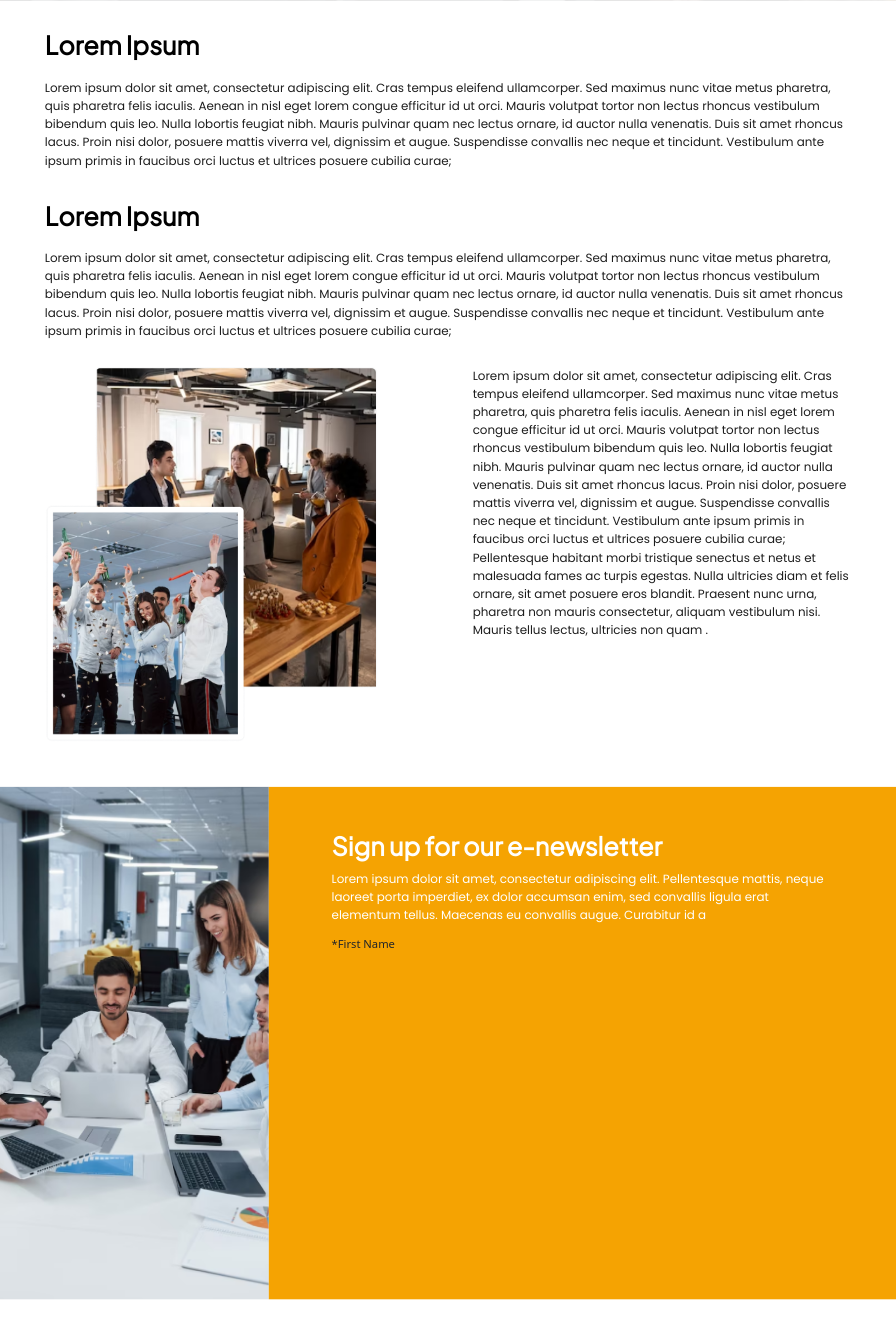
Repository: Akash8377/Hospitality-website
Page: /about-us
These files come from the project's save history. The page is drawn as it stood at one moment and after a run of saves; the edit follows.
The browser window is 1280 px wide. The pictures show the part of the page from y = 683 to 2603 px (the page is 2603 px tall), at 70% of full size.
Some web libraries are served in a nearby version. The project was rebuilt for these pictures with package versions that can differ from the ones it lists, and the page was loaded fresh each time. Also part of the build but not shown: src/Component/Partial/heading-cont.js, src/Component/Shared/about-us.js, src/Component/Shared/Banner.js, src/Component/Shared/popular-jobs.js, src/Component/Sliders/ServiceSlider.js, src/Component/Sliders/ReviewSlider.js, src/Component/Partial/index-banner.js, src/Component/Partial/index-buisness-banner.js and 2 more.

Above is the page before, as saved 2023-07-07 12:07:17.

### public/index.html
<!-- @format -->

<!DOCTYPE html>
<html lang="en">
  <head>
    <meta charset="utf-8" />
    <link rel="icon" href="%PUBLIC_URL%/favicon.ico" />
    <meta name="viewport" content="width=device-width, initial-scale=1" />
    <meta name="theme-color" content="#000000" />
    <meta
      name="description"
      content="Web site created using create-react-app"
    />
    <link rel="apple-touch-icon" href="%PUBLIC_URL%/logo192.png" />
    <link rel="manifest" href="%PUBLIC_URL%/manifest.json" />

    <link rel="preconnect" href="https://fonts.googleapis.com" />
    <link rel="preconnect" href="https://fonts.gstatic.com" crossorigin />
    <link href="https://fonts.googleapis.com/css2?family=Plus+Jakarta+Sans&family=Poppins&display=swap" rel="stylesheet">
    <title>React App</title>
  </head>
  <body>
    <noscript>You need to enable JavaScript to run this app.</noscript>
    <div id="root"></div>
  </body>
  <script src="https://kit.fontawesome.com/b533b351e4.js" crossorigin="anonymous"></script>
</html>

### src/index.css
/** @format */

body {
  margin: 0;
  padding: 0;
  font-family: -apple-system, BlinkMacSystemFont, "Segoe UI", "Roboto", "Oxygen",
    "Ubuntu", "Cantarell", "Fira Sans", "Droid Sans", "Helvetica Neue",
    sans-serif;
  -webkit-font-smoothing: antialiased;
  -moz-osx-font-smoothing: grayscale;
}

code {
  font-family: source-code-pro, Menlo, Monaco, Consolas, "Courier New",
    monospace;
}

### src/App.js
import React from 'react'
import {  BrowserRouter  , Route , Routes } from 'react-router-dom'
import HomePage from './Pages/HomePage'



// Css
import './Css/Navbar.css'
import './Css/Lap.css'
import AboutUs from './Pages/AboutUs'
const App = () => {
  return (
    <>
      <BrowserRouter>
        <Routes>
            <Route path='/' element={<HomePage />} />
            <Route path='/about-us' element={<AboutUs />} />
        </Routes>
      </BrowserRouter>
    </>
  )
}

export default App

### src/Css/Navbar.css
/** @format */

.Navbar {
  display: flex;
  justify-content: space-evenly;
  box-shadow: 0px 10px 30px 0px rgba(0, 0, 0, 0.25);
  background-color: #033c59;
  padding: 20px;
  align-items: center;
}
.Navbar .main {
  width: 15%;
  text-align: center;
}
.Navbar .main a {
  text-decoration: none;
  color: #fff;
  font-size: 20px;
  font-family: Plus Jakarta Sans;
  font-style: normal;
  font-weight: 400;
  line-height: 24px;
  letter-spacing: 1px;
  margin: 0;
}

.Navbar .main img {
  display: block;
  margin: auto;
  max-width: 100%;
}
.Navbar .main div {
  border-radius: 24px;
  border: 1px solid #f3f4f6;
  background: #eee;
  padding: 8px;
  display: flex;
  justify-content: space-between;
  padding-left: 10px;
  padding-right: 10px;
}
.Navbar .main div input {
  border: none;
  background-color: transparent;
  outline: none;
  color: #6b7280;
  font-size: 14px;
  font-family: Plus Jakarta Sans;
  font-style: normal;
  font-weight: 400;
  line-height: normal;
  width: 80%;
}
.Navbar .main button {
  border-radius: 8px;
  background: #f5a302;
  width: 120px;
  padding: 10px;
  color: #fff;
  text-align: center;
  font-size: 16px;
  font-family: Plus Jakarta Sans;
  font-style: normal;
  font-weight: 800;
  line-height: normal;
  outline: none;
  border: 1px solid #f5a302;
}

.Navbar .main a:focus{
    font-weight: 700;
}

### src/Css/Lap.css
/** @format */

/* Home Page Banner */
.Banner {
  min-height: 600px;
  max-height: 800px;
  width: 100%;
  background-image: url("../../public/Image/1.png");
  background-size: cover;
  background-repeat: no-repeat;
  position: relative;
}
.Banner h2 {
  color: #fff;
  text-align: center;
  font-size: 60px;
  font-family: Plus Jakarta Sans;
  font-style: normal;
  font-weight: 700;
  line-height: 90px;
}
.Banner p {
  color: rgba(255, 255, 255, 0.7);
  text-align: center;
  font-size: 17px;
  font-family: Plus Jakarta Sans;
  font-style: normal;
  font-weight: 400;
  line-height: 28px;
}

.Banner .two_button {
  display: flex;
  justify-content: center;
  gap: 20px;
}
.Banner .two_button button {
  border-radius: 10px;
  background: #033c59;
  border: 1px solid #033c59;
  box-shadow: 0px 0px 3px 0px rgba(60, 72, 88, 0.15);
  width: 457px;
  color: #fff;
  height: 92px;
  color: #fff;
  font-size: 28px;
  font-family: Plus Jakarta Sans;
  font-style: normal;
  font-weight: 700;
  line-height: normal;
  display: flex;
  justify-content: center;
  align-items: center;
  gap: 20px;
}

.Banner .Bottom_Button {
  border-radius: 10px;
  background: #f5a302;
  box-shadow: 0px 0px 3px 0px rgba(60, 72, 88, 0.15);
  color: #fff;
  text-align: center;
  font-size: 28px;
  font-family: Plus Jakarta Sans;
  font-style: normal;
  font-weight: 700;
  border: 1px solid #f5a302;
  height: 92px;
  width: 666px;
  display: flex;
  justify-content: center;
  align-items: center;
  gap: 20px;
  margin: auto;
  margin-top: 20px;
}

.Banner .content {
  position: absolute;
  top: 50%;
  left: 50%;
  transform: translate(-50%, -50%);
}

/* -------------------------- */

/* Home Page About us Section */
.Three_Div {
  display: flex;
  justify-content: space-evenly;
  gap: 20px;
  flex-wrap: wrap;
  margin-top: 2%;
  padding: 20px;
}
.Three_Div .Item {
  width: 357.126px;
}
.Three_Div .Item .upper {
  width: 100%;
  height: 381.393px;
  position: relative;
  background-image: url("../../public/Image/2.png");
}
.Three_Div .Item .upper .head {
  color: #fff;
  text-align: center;
  font-size: 36px;
  font-family: Plus Jakarta Sans;
  font-style: normal;
  font-weight: 600;
  max-width: 100%;
  width: 100%;
  margin: auto;
  position: absolute;
  bottom: 30px;
  left: 50%;
  transform: translate(-50%);
}
.Three_Div .Item .desc {
  color: #1d1d1d;
  text-align: center;
  font-size: 14px;
  font-family: Poppins;
  font-style: normal;
  font-weight: 400;
  line-height: normal;
  margin-top: 20px;
}
.Three_Div .Item button {
  border-radius: 6px;
  border: 1px solid #f5a302;
  background: #fef6e6;
  padding: 5px 21.02px 5px 21px;
  display: block;
  margin: auto;
  color: #f5a302;
  text-align: center;
  font-size: 15px;
  font-family: Plus Jakarta Sans;
  font-style: normal;
  font-weight: 600;
  line-height: 28px;
  letter-spacing: 0.375px;
}

/* Home Page Heading Container*/
.Center_Heading {
  margin-top: 5%;
}
.Center_Heading h5 {
  color: #161c2d;
  text-align: center;
  font-size: 36px;
  font-family: Plus Jakarta Sans;
  font-style: normal;
  font-weight: 600;
  line-height: 39px;
}
.Center_Heading .desc {
  color: #1d1d1d;
  text-align: center;
  font-size: 14px;
  font-family: Poppins;
  font-style: normal;
  font-weight: 400;
  line-height: normal;
  max-width: 600px;
  margin: auto;
}

/* Home Page Popular Jobs */
.Popular_Jobs {
  padding: 20px;
}
.Popular_Jobs table {
  table-layout: fixed;
  width: 90%;
  margin: auto;
  text-align: center;
}
.Popular_Jobs table tbody td .flex-cont {
  display: flex;
  gap: 5px;
  justify-content: center;
  align-items: center;
}

.Popular_Jobs table tbody tr {
  margin-top: 30px 0 !important;
  border-radius: 4px;
  background: rgba(255, 255, 255, 0);
  box-shadow: 0px 0px 3px 0px rgba(60, 72, 88, 0.15);
  border: 1px solid rgba(255, 255, 255, 0);
}
.Popular_Jobs table tbody tr td {
  padding: 10px;
}
.Popular_Jobs table tbody td .flex-cont p {
  color: #161c2d;
  font-size: 17px;
  font-family: Plus Jakarta Sans;
  font-style: normal;
  font-weight: 600;
  line-height: 28px;
  margin: 0;
}
.Popular_Jobs table tbody td .flex-cont button {
  border-radius: 6px;
  border: 1px solid #005479;
  background: #005479;
  color: #fff;
  text-align: center;
  font-size: 15px;
  font-family: Plus Jakarta Sans;
  font-style: normal;
  font-weight: 600;
  line-height: 28px;
  letter-spacing: 0.375px;
}
.Popular_Jobs table tbody td .flex-cont i {
  color: #005479;
  width: 40px;
  height: 40px;
  border: 1px solid #005479;
  text-align: center;
  border-radius: 100%;
  background-color: rgba(3, 0, 129, 0.05);
  padding: 10px;
}
.Popular_Jobs table tbody td .flex-vertical-cont {
  display: flex;
  flex-direction: column;
}
.Popular_Jobs table tbody td .flex-vertical-cont p {
  margin: 0;
  color: #161c2d;
  font-size: 15px;
  font-family: Plus Jakarta Sans;
  font-style: normal;
  font-weight: 700;
  line-height: 28px;
}
.Popular_Jobs table tbody td .flex-vertical-cont select {
  border-radius: 6px;
  border: 1px solid #777;
  background: #eee;
  width: 164px;
  margin: auto;
  outline: none;
  color: #777;
  font-size: 14px;
  font-family: Plus Jakarta Sans;
  font-style: normal;
  font-weight: 400;
  line-height: 20px;
}
.Popular_Jobs table tbody td .flex-vertical-cont div {
  display: flex;
  gap: 5px;
  align-items: center;
  justify-content: center;
}
.Popular_Jobs table tbody td .flex-vertical-cont div p {
  color: #94a3b8;
  font-size: 15px;
  font-family: Plus Jakarta Sans;
  font-style: normal;
  font-weight: 400;
  line-height: 28px;
}
.Popular_Jobs table tbody td .flex-vertical-cont div i {
  color: #94a3b8;
}

/* Home Page Service Slider */
.Service_Slider_Container {
  position: relative;
  margin-top: 20px;
}
.Service_Slider_Container .Service_Slider .Main {
  width: 421px !important;
  height: 506px !important;
  position: relative;
  display: block !important;
  margin: auto;
}
.Service_Slider_Container .Service_Slider .Main img {
  position: absolute;
  top: 0;
  bottom: 0;
  left: 0;
  right: 0;
  z-index: -1;
}
.Service_Slider_Container .slick-arrow {
  display: none !important;
}

.Service_Slider_Container .Service_Slider .Main .head {
  color: #fff;
  text-align: center;
  font-size: 36px;
  font-family: Plus Jakarta Sans;
  font-style: normal;
  font-weight: 600;
  line-height: 28px;
  position: absolute;
  top: 50%;
  left: 50%;
  transform: translate(-50%, -50%);
  width: 100%;
}
.Service_Slider_Container .Service_Slider .Main button {
  display: flex;
  gap: 10px;
  align-items: center;
  border-radius: 6px;
  border: 1px solid #fff;
  background: #fff;
  width: 148.49px;
  height: 37.865px;
  color: #000;
  text-align: center;
  font-size: 15px;
  font-family: Plus Jakarta Sans;
  font-style: normal;
  font-weight: 600;
  line-height: 28px;
  letter-spacing: 0.375px;
  position: absolute;
  top: 70%;
  left: 50%;
  transform: translate(-50%, -50%);
  text-align: center;
  justify-content: center;
}

/* Home Page Review Slider */
.Review_Slider_Container {
  position: relative;
  margin-top: 30px;
  margin-bottom: 20px;
}
.Review_Slider_Container .Review_Slider .Main {
  width: 357px !important;
  height: 466px !important;
  position: relative;
  display: block !important;
  margin: auto;
  background: #fff;
  box-shadow: 0px 20px 40px 10px rgba(159, 159, 159, 0.15),
    0px -10px 50px 0px rgba(0, 0, 0, 0.1);
  padding: 20px;
}

.Review_Slider_Container .slick-arrow {
  display: none !important;
}
.Review_Slider_Container .Review_Slider .Main .User_Profile {
  display: flex;
  justify-content: space-between;
  max-width: 90%;
  gap: 10px;
  align-items: center;
}

.Review_Slider_Container .Review_Slider .Main .User_Profile img {
  width: 73px;
  height: 73px;
  border-radius: 100%;
}
.Review_Slider_Container .Review_Slider .Main .User_Profile p {
  margin: 0;
}

.Review_Slider_Container .Review_Slider .Main .User_Profile div .head {
  color: #000;
  font-size: 22px;
  font-family: Plus Jakarta Sans;
  font-style: normal;
  font-weight: 700;
  line-height: 39px;
}
.Review_Slider_Container .Review_Slider .Main .User_Profile div .desc {
  color: #9c9c9c;
  font-size: 15px;
  font-family: Plus Jakarta Sans;
  font-style: normal;
  font-weight: 700;
  line-height: 39px;
}

.Review_Slider_Container .Review_Slider .Main .Reviews {
  display: flex;
  align-items: center;
  justify-content: space-between;
  margin-top: 10px;
}
.Review_Slider_Container .Review_Slider .Main .Reviews div {
  display: flex;
  gap: 5px;
}
.Review_Slider_Container .Review_Slider .Main .Reviews div i {
  color: #ffc107;
  font-size: 23px;
}

.Review_Slider_Container .Review_Slider .Main .Reviews p {
  margin: 0;
  color: #9c9c9c;
  font-size: 15px;
  font-family: Plus Jakarta Sans;
  font-style: normal;
  font-weight: 700;
  line-height: 39px;
}
.Review_Slider_Container .Review_Slider .Main .content {
  text-align: left;
  margin-top: 10px;
}
.Review_Slider_Container .Review_Slider .Main .content p {
  color: #000;
  font-size: 17px;
  font-family: Plus Jakarta Sans;
  font-style: normal;
  font-weight: 400;
  line-height: 28px;
}

/* Index Two Sec Banner */
.Index_Banner_Two_Sec {
  display: flex;
  width: 90%;
  margin: auto;
  align-items: stretch;
  margin-top: 2%;
  justify-content: center;
  height: 550px;
  max-width: 1200px;
  margin-bottom: 20px;
}
.Index_Banner_Two_Sec .left {
  width: 30%;
  display: flex;
  justify-content: flex-end;
}
.Index_Banner_Two_Sec .left img {
  width: auto;
  max-height: 100%;
}

.Index_Banner_Two_Sec .right {
  width: 70%;
  background-color: #f5a302;
  position: relative;
}
.Index_Banner_Two_Sec .right .content {
  position: absolute;
  top: 50%;
  left: 50%;
  transform: translate(-50%, -50%);
  width: 90%;
  margin: auto;
}
.Index_Banner_Two_Sec .right .content h5 {
  color: #fff;
  font-family: Plus Jakarta Sans;
  font-size: 36px;
  font-style: normal;
  font-weight: 600;
  line-height: 54px;
}
.Index_Banner_Two_Sec .right .content p {
  color: #fff;
  font-family: Plus Jakarta Sans;
  font-size: 17px;
  font-style: normal;
  line-height: 28px;
}
.Index_Banner_Two_Sec .right .content ul {
  list-style: none;
  padding-left: 0;
}
.Index_Banner_Two_Sec .right .content ul li {
  display: flex;
  gap: 10px;
  align-items: center;
}
.Index_Banner_Two_Sec .right .content ul li span {
  color: #fff;
  font-family: Plus Jakarta Sans;
  font-size: 15px;
  font-style: normal;
  font-weight: 400;
  line-height: 28px;
}

/* Index Buisness Banner */
.Index_Buisness_Banner {
  display: flex;
  justify-content: space-evenly;
  width: 90%;
  margin: auto;
  margin-top: 5%;
}
.Index_Buisness_Banner .left {
  width: 50%;
  padding: 20px;
}
.Index_Buisness_Banner .left h5 {
  color: #161c2d;
  font-family: Plus Jakarta Sans;
  font-size: 36px;
  font-style: normal;
  font-weight: 600;
  line-height: 39px;
}
.Index_Buisness_Banner .left p {
  color: #1d1d1d;
  font-family: Poppins;
  font-size: 14px;
  font-style: normal;
  font-weight: 400;
  line-height: normal;
  max-width: 60%;
}
.Index_Buisness_Banner .left .Two_Sec {
  display: flex;
  justify-content: space-between;
  flex-wrap: wrap;
}

.Index_Buisness_Banner .left .Two_Sec .Main {
  width: 49%;
  border-radius: 4px;
  background: #f8fafc;
  box-shadow: 0px 0px 3px 0px rgba(60, 72, 88, 0.15);
  padding: 20px;
  display: flex;
  align-items: flex-start;
  gap: 10px;
  margin-top: 20px;
}
.Index_Buisness_Banner .left .Two_Sec .Main div {
  display: flex;
  flex-direction: column;
  width: 60%;
}
.Index_Buisness_Banner .left .Two_Sec .Main div h6 {
  color: #161c2d;
  font-family: Plus Jakarta Sans;
  font-size: 16px;
  font-style: normal;
  font-weight: 600;
  line-height: 28px;
}

.Index_Buisness_Banner .left .Two_Sec .Main div p {
  color: #005479;
  font-family: Plus Jakarta Sans;
  font-size: 14px;
  font-style: normal;
  font-weight: 400;
  line-height: 20px;
  width: 100%;
}
.Index_Buisness_Banner .left .Last_Text {
  display: flex;
  gap: 10px;
  color: #94a3b8;
  text-align: center;
  font-family: Plus Jakarta Sans;
  font-size: 15px;
  font-style: normal;
  font-weight: 600;
  line-height: 28px;
  letter-spacing: 0.375px;
  align-items: center;

  margin: 0;
  margin-top: 10px;
}
.Index_Buisness_Banner .right {
  width: 30%;
}
.Index_Buisness_Banner .right img {
  max-width: 100%;
  display: block;
  margin: auto;
}

/* Footer  */
.Footer {
  background: #f5a302;
  margin-top: 5%;
  padding-bottom: 50px;
}
.Footer .Upper_Div {
  display: flex;
  width: 90%;
  margin: auto;
  justify-content: space-between;
  padding-top: 2%;
  align-items: center;
}
.Footer .Upper_Div div {
  width: 15%;
}
.Footer .Upper_Div div p {
  margin: 0;
  color: #fff;
  font-family: Plus Jakarta Sans;
  font-size: 20px;
  font-style: normal;
  font-weight: 800;
  line-height: normal;
}
.Footer .Upper_Div div button {
  color: #fff;
  text-align: center;
  font-family: Plus Jakarta Sans;
  font-size: 16px;
  font-style: normal;
  font-weight: 800;
  border-radius: 8px;
  background: #005479;
  border: 1px solid #005479;
  width: 100%;
  padding: 10px;
  line-height: normal;
}

.Footer .Down_Div {
  display: flex;
  justify-content: space-between;
  width: 90%;
  margin: auto;
  margin-top: 40px;
}

.Footer .Down_Div .left h5 {
  color: #fff;
  font-family: Plus Jakarta Sans;
  font-size: 26px;
  font-style: normal;
  font-weight: 700;
  line-height: 39px;
}
.Footer .Down_Div .left .two_sec {
  display: flex;
  align-items: center;
  gap: 10px;
  margin-top: 30px;
}
.Footer .Down_Div .left .two_sec p {
  margin: 0;
  color: #fff;
  font-family: Plus Jakarta Sans;
  font-size: 17px;
  font-style: normal;
  font-weight: 500;
  line-height: normal;
}
.Footer .Down_Div .left .two_sec i {
  color: #fff;
  font-size: 20px;
}

.Footer .Down_Div .left .copyRight {
  color: #fff;
  font-family: Plus Jakarta Sans;
  font-size: 20px;
  margin-top: 40px;
  font-style: normal;
  font-weight: 500;
  line-height: normal;
}

/* About Us Page */
.AboutUs {
  min-height: 600px;
  max-height: 800px;
  width: 100%;
  background-image: url("../../public/Image/11.png");
  background-size: cover;
  background-repeat: no-repeat;
  position: relative;
}
.AboutUs h2 {
  color: #fff;
  text-align: center;
  font-size: 36px;
  font-family: Plus Jakarta Sans;
  font-style: normal;
  font-weight: 700;
  line-height: 90px;
}
.AboutUs p {
  color: rgba(255, 255, 255, 0.7);
  text-align: center;
  font-size: 14px;
  font-family: Plus Jakarta Sans;
  font-style: normal;
  font-weight: 400;
  line-height: 28px;
}

.AboutUs .content {
  position: absolute;
  top: 60%;
  left: 50%;
  transform: translate(-50%, -50%);
}

.About_Us-Content {
  width: 90%;
  margin: auto;
  margin-top: 3%;
}
.About_Us-Content h5 {
  color: #000;
  font-family: Plus Jakarta Sans;
  font-size: 36px;
  font-style: normal;
  font-weight: 600;
  line-height: 54px;
}
.About_Us-Content p {
  color: #1d1d1d;
  font-family: Poppins;
  font-size: 17px;
  font-style: normal;
  font-weight: 400;
  line-height: normal;
  margin-top: 20px;
}

.About_Us-two_Sec {
  display: flex;
  width: 90%;
  margin: auto;
  justify-content: space-between;
  margin-top: 3%;
}
.About_Us-two_Sec .right {
  width: 70%;
  text-align: left;
  display: flex;
  justify-content: flex-end;
}
.About_Us-two_Sec .right p {
  max-width: 80%;
  color: #1d1d1d;
  font-family: Poppins;
  font-size: 17px;
  font-style: normal;
  font-weight: 400;
  line-height: normal;
}

.About-Us_Newsletter {
  display: flex;
  align-items: stretch;
  max-height: 900px;
  margin-top: 5%;
  margin-bottom: 5%;
}
.About-Us_Newsletter .left {
  width: 30%;
}
.About-Us_Newsletter .left img {
  height: 100%;
  width: 100%;
}

.About-Us_Newsletter .right {
  background: #f5a302;
  width: 70%;
  padding-top: 5%;
}
.About-Us_Newsletter .right .content {
  width: 80%;
  margin: auto;
}
.About-Us_Newsletter .right .content h5 {
  color: #fff;
  font-family: Plus Jakarta Sans;
  font-size: 36px;
  font-style: normal;
  font-weight: 700;
  line-height: 39px;
}
.About-Us_Newsletter .right .content p {
  color: #fff;
  font-family: Poppins;
  font-size: 17px;
  font-style: normal;
  font-weight: 400;
  line-height: normal;
  margin-top: 2%;
}

### src/Pages/AboutUs.js
/** @format */

import React from "react";
import Navbar from "../Component/Navbar/Navbar";
import Banner from "../Component/Partial/About Us Component/Banner";
import ContentDescription from "../Component/Partial/About Us Component/content-description";
import Newsletter from "../Component/Partial/About Us Component/Newsletter";
import TwoSection from "../Component/Partial/About Us Component/two-section";

const AboutUs = () => {
  return (
    <>
      <Navbar />
      <Banner />
      <ContentDescription />
      <ContentDescription />
      <TwoSection />
      <Newsletter />
    </>
  );
};

export default AboutUs;

### src/Component/Partial/About Us Component/content-description.js
import React from 'react'

const ContentDescription = () => {
  return (
    <div className='About_Us-Content'>
        <h5>Lorem Ipsum</h5>
        <p>Lorem ipsum dolor sit amet, consectetur adipiscing elit. Cras tempus eleifend ullamcorper. Sed maximus nunc vitae metus pharetra, quis pharetra felis iaculis. Aenean in nisl eget lorem congue efficitur id ut orci. Mauris volutpat tortor non lectus rhoncus vestibulum bibendum quis leo. Nulla lobortis feugiat nibh. Mauris pulvinar quam nec lectus ornare, id auctor nulla venenatis. Duis sit amet rhoncus lacus. Proin nisi dolor, posuere mattis viverra vel, dignissim et augue. Suspendisse convallis nec neque et tincidunt. Vestibulum ante ipsum primis in faucibus orci luctus et ultrices posuere cubilia curae; </p>
    </div>
  )
}

export default ContentDescription

### src/Component/Partial/About Us Component/Newsletter.js
/** @format */

import React from "react";

const Newsletter = () => {
  return (
    <div className="About-Us_Newsletter">
      <div className="left">
        <img src="./Image/12.png" alt="" />
      </div>
      <div className="right">
        <div className="content">
          <h5>Sign up for our e-newsletter</h5>
          <p>
            Lorem ipsum dolor sit amet, consectetur adipiscing elit.
            Pellentesque mattis, neque laoreet porta imperdiet, ex dolor
            accumsan enim, sed convallis ligula erat elementum tellus. Maecenas
            eu convallis augue. Curabitur id a
          </p>


          <form>
            <div className="Two_Inputs">
            <div>
              <label>*First Name</label>
            </div>

            </div>
          </form>
        </div>
      </div>
    </div>
  );
};

export default Newsletter;

Loaded but not shown: src/index.js (common file); src/Component/Partial/About Us Component/two-section.js (33 lines, source omitted); src/Component/Partial/About Us Component/Banner.js (18 lines, source omitted); src/Component/Navbar/Navbar.js (45 lines, source omitted)

After the next 2 saves:
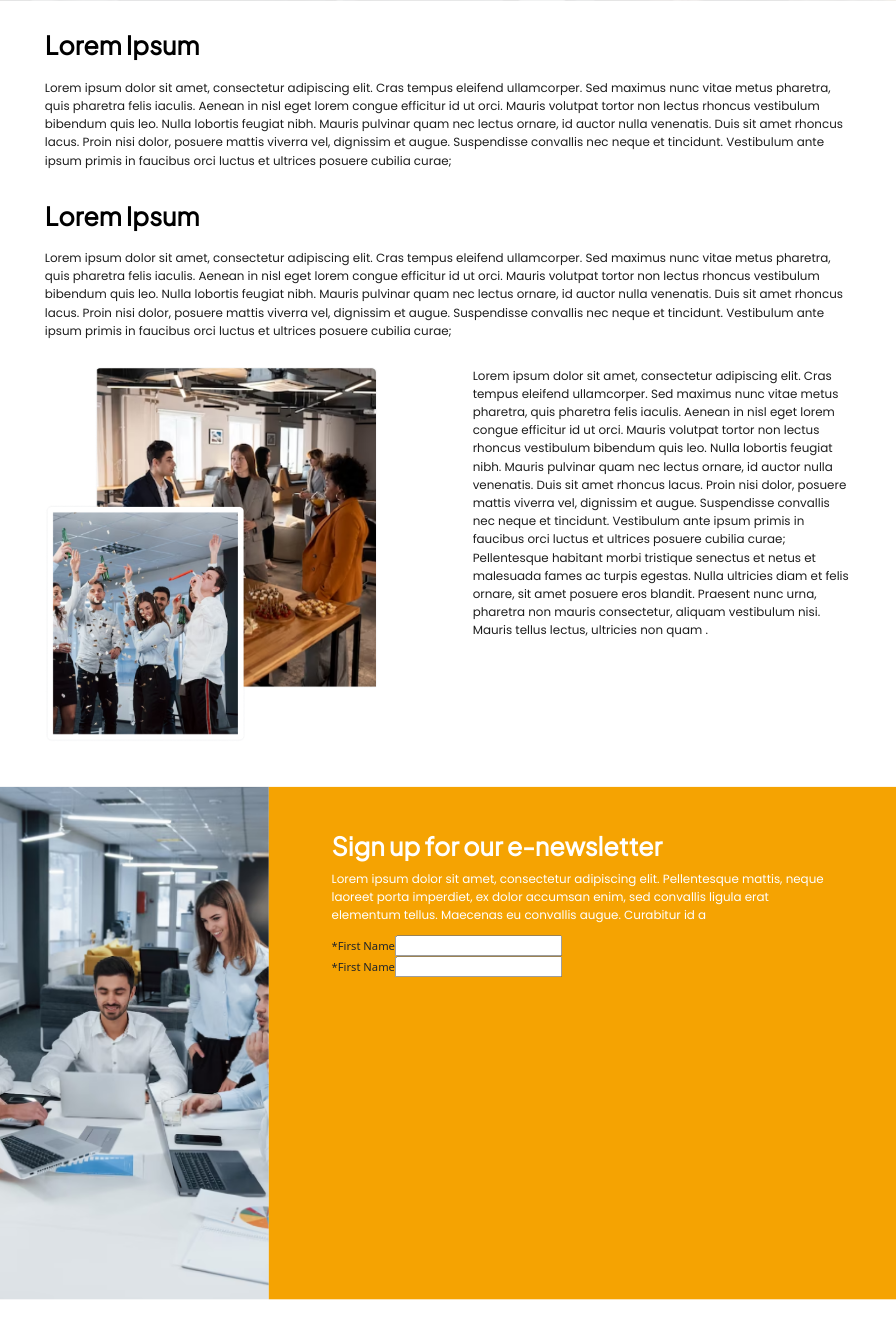
The 2 saves are shown as one change because they came seconds apart.
The last was saved 12 s later.
--- a/src/Component/Partial/About Us Component/Newsletter.js
+++ b/src/Component/Partial/About Us Component/Newsletter.js
@@ -23,6 +23,11 @@ const Newsletter = () => {
             <div className="Two_Inputs">
             <div>
               <label>*First Name</label>
+              <input type='text' />
+            </div>
+            <div>
+              <label>*First Name</label>
+              <input type='text' />
             </div>
 
             </div>
